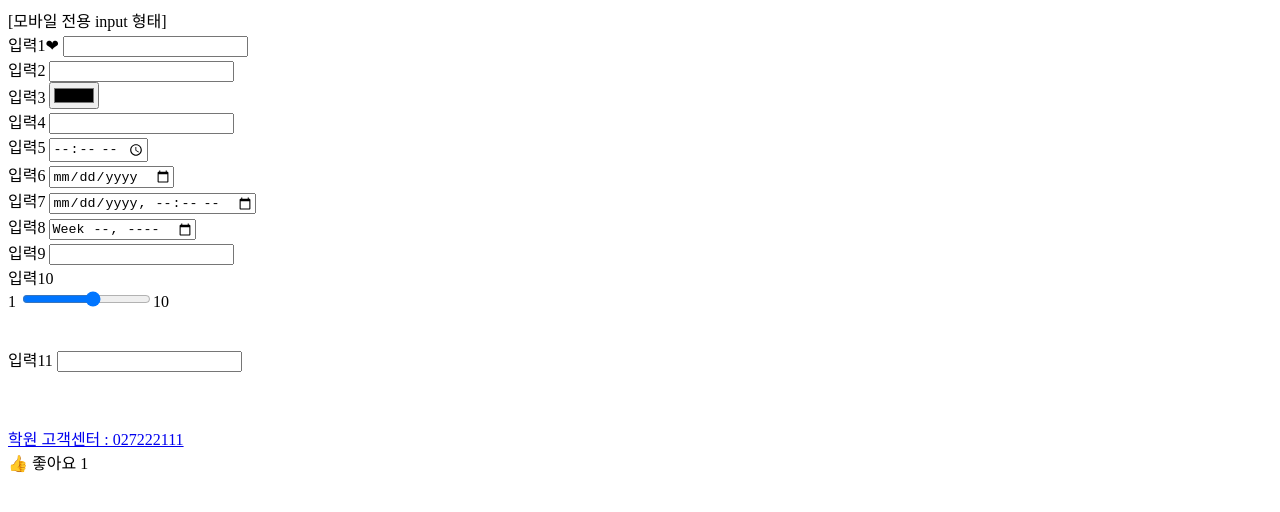
Repository: mnemion/BackendClass
Page: web/src/main/webapp/m/index.html
These files come from the project's save history. The page is drawn as it stood at one moment and after the next save; the edit follows.
The browser window is 1280 px wide. The pictures show the whole page.

Above is the page before, as saved 2023-08-31 06:17:01.

### web/src/main/webapp/m/index.html
<!DOCTYPE html>
<html lang="ko">
<head>
<meta charset="UTF-8">
<meta name="viewport" content="width=device-width, initial-scale=1.0">
<title>모바일 전용 웹페이지</title>
</head>
<body>
[모바일 전용 input 형태]<br>
입력1❤ <input type="text"><br>		<!-- 일반 입력 (P, M) -->
입력2 <input type="number"><br>	<!-- 숫자만 입력 (M) -->
입력3 <input type="color"><br>	<!-- 색상선택 (P, M) -->
입력4 <input type="tel"><br>		<!-- 전화번호 (M) -->
입력5 <input type="time"><br>		<!-- 시간선택 (P, M) -->
입력6 <input type="date"><br>		<!-- 날짜선택 (P, M) -->
입력7 <input type="datetime-local"><br>	<!-- 날짜, 시간 동시에 입력 (P, M) -->
입력8 <input type="week"><br>		<!-- 몇 주차 (P, M) [ios에서 작동불능] -->
입력9 <input type="email"><br>	<!-- 이메일 (P, M) -->
입력10 <br>		<!-- 수량, 크기 범위 선택 (P, M) -->
<form oninput="sound2.value=parseInt(sound.value)">
1 <input type="range" id="sound" min="1" max="10">10<br>
<output for="sound" name="sound2"></output>
<br><br>
</form>
입력11 <input type="url"><br>		<!-- 도메인, 블로그 등 웹 경로 (M) -->
<br><br><br>
<a href="tel:027222111">학원 고객센터 : 027222111</a><br>
👍 좋아요 1
</body>
</html>

After the next save:
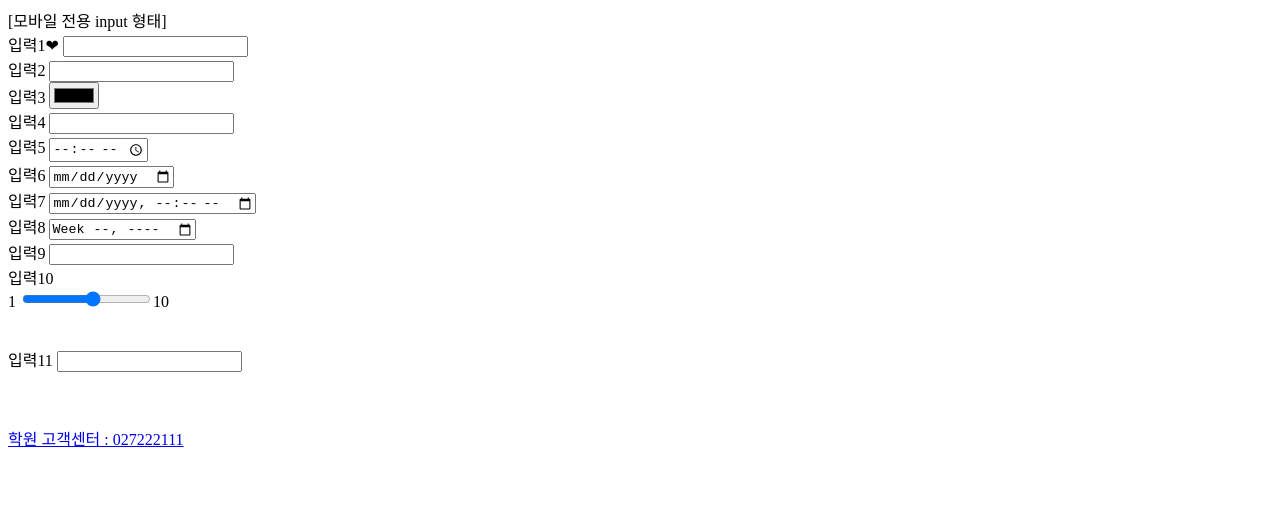
Saved 2 min 14 s later.
--- a/web/src/main/webapp/m/index.html
+++ b/web/src/main/webapp/m/index.html
@@ -25,6 +25,7 @@
 입력11 <input type="url"><br>		<!-- 도메인, 블로그 등 웹 경로 (M) -->
 <br><br><br>
 <a href="tel:027222111">학원 고객센터 : 027222111</a><br>
-👍 좋아요 1
+<br><br>
+
 </body>
 </html>
